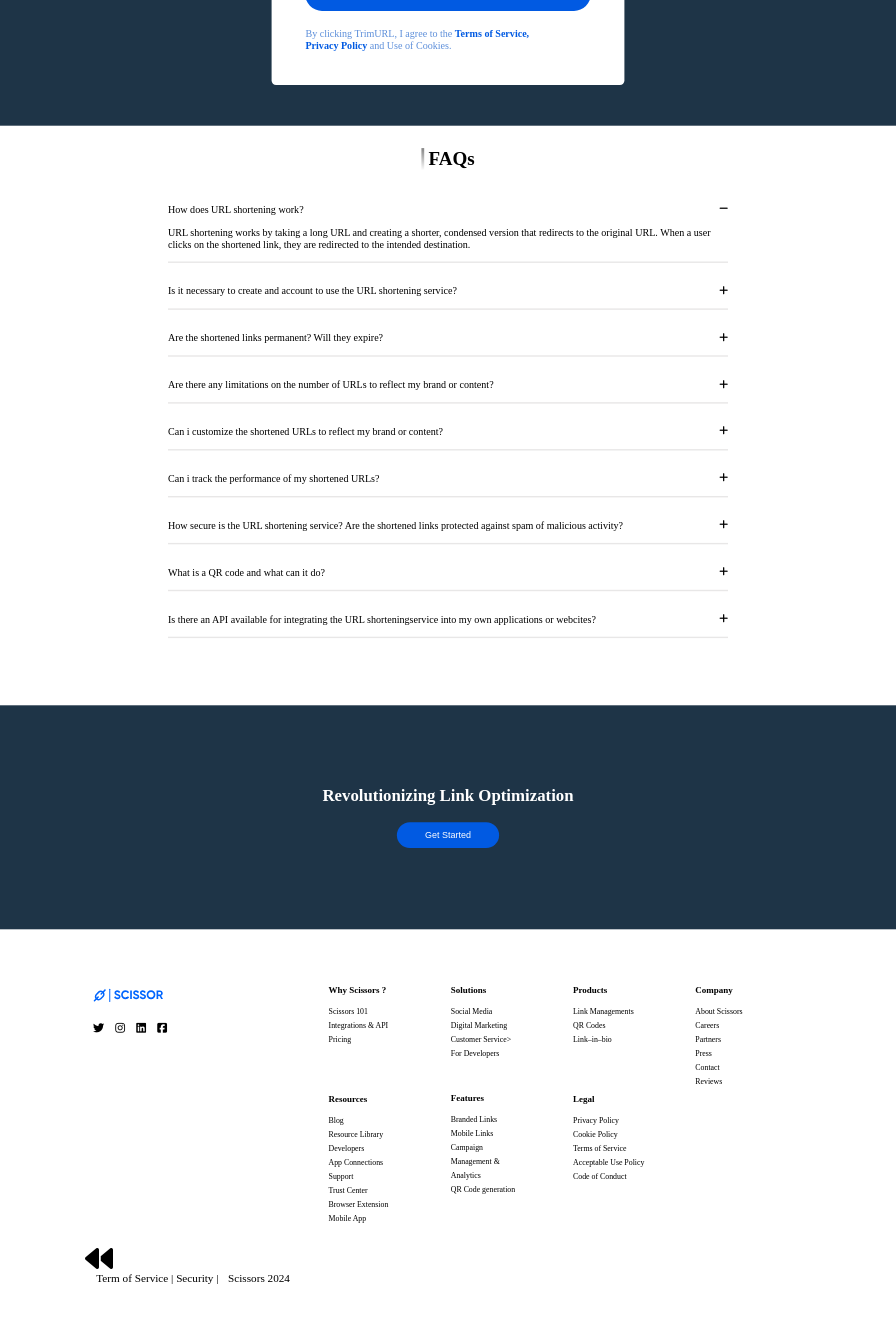
Repository: dark-txch/ass-1-6
Page: src/pages/scissors.html
These files come from the project's save history. The page is drawn as it stood at one moment and after a run of saves; the edit follows.
The browser window is 1280 px wide. The pictures show the part of the page from y = 2481 to 4401 px (the page is 4397 px tall before and 4401 px after), at 70% of full size.
Some web libraries are served in a nearby version.

Above is the page before, as saved 2024-11-29 15:36:33.

After the next 2 saves:
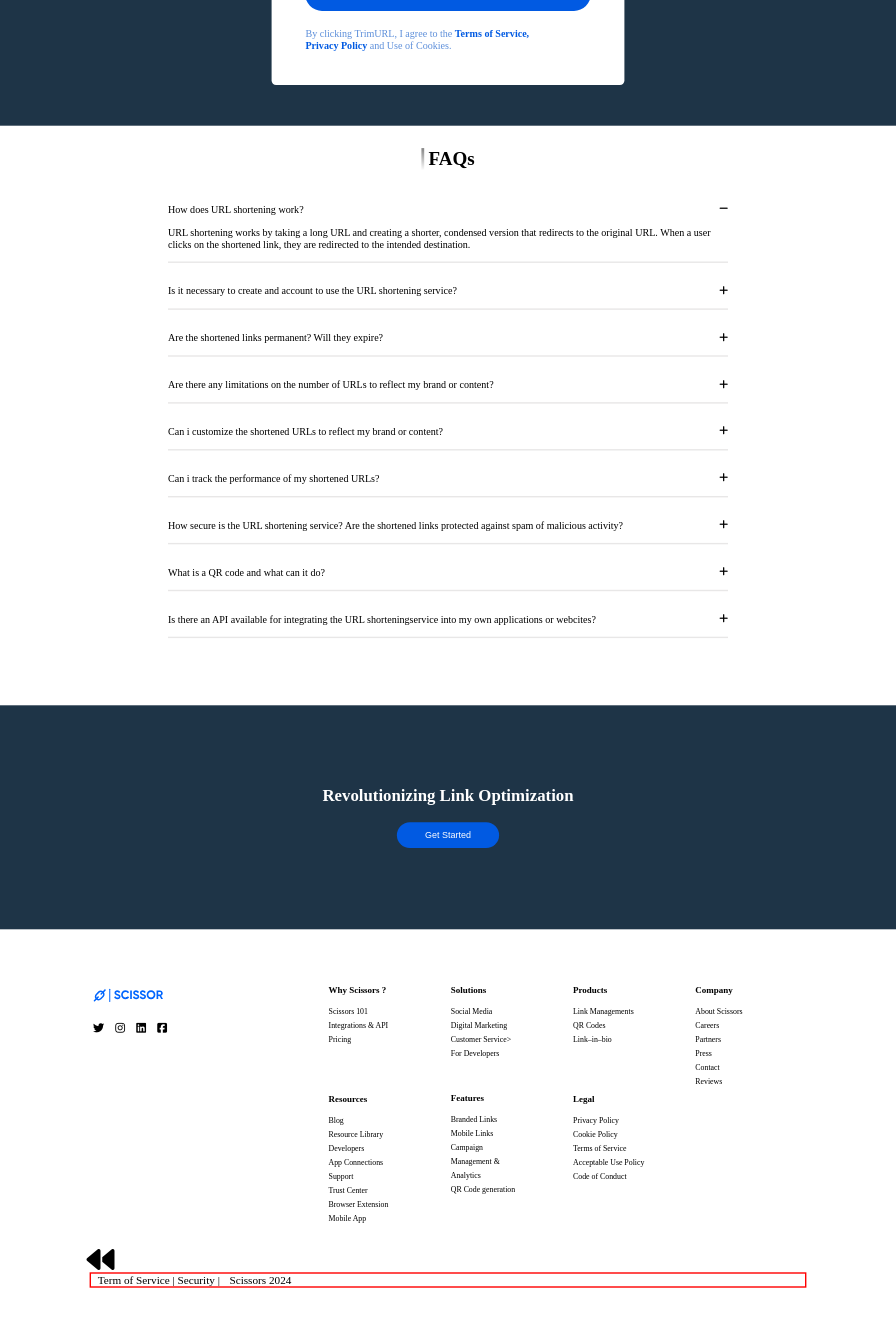
The 2 saves are shown as one change because they came seconds apart.
The last was saved 7 s later.
--- a/src/styles/scissors/scissors.css
+++ b/src/styles/scissors/scissors.css
@@ -717,7 +717,7 @@
 /* ------------------------ copyright */
 
 #copyright {
-	border: ;
+	border: 2px solid red;
 }
 
 #copyright > span {
